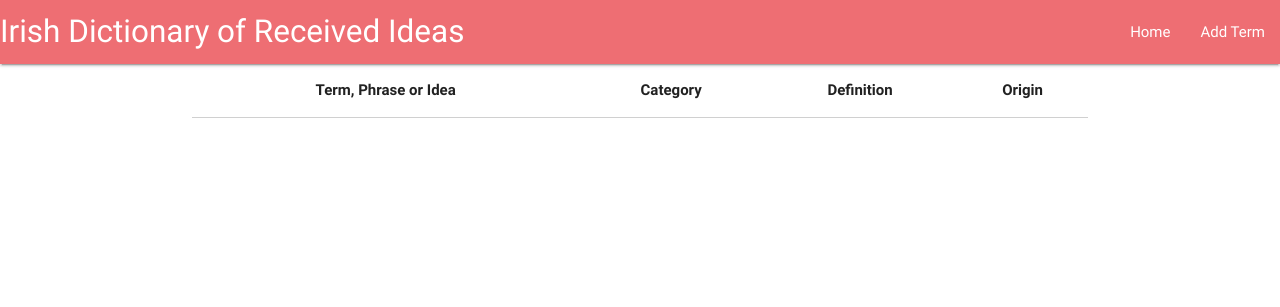
Repository: kalkiboru111/irish-dictionary-of-received-ideas
Page: http://localhost/
The author's editor kept a record of every edit. The page is drawn from the files as they stood at one moment, then again after the next edit.
The browser window is 1280 px wide. The pictures show the whole page.
Some web libraries are served in a nearby version. The page is served by the project's application, run on Flask 3 (app.py). Queries for data that is not in the repository find no rows.

Above is the page before.
Console error: TypeError: $(...).formSelect is not a function

### templates/terms.html

{% extends 'base.html' %}
{% block content %}

    <table class="highlight centered responsive-table">
        <thead>
          <tr>
              <th>Term, Phrase or Idea</th>
              <th>Category</th>
              <th>Definition</th>
              <th>Origin</th>
          </tr>
        </thead>
        <tbody>
        {% for term in terms %}
          <tr>
            <td>{{term.term_name}}</td>
            <td>{{term.term_category}}</td>
            <td>{{term.term_definition}}</td>
            <td>{{term.term_origin}}</td>
          </tr>
         {% endfor %}
        </tbody>
    </table>

{% endblock %}

### templates/base.html
<!DOCTYPE html>
<html>

<head>
    <link href="https://fonts.googleapis.com/icon?family=Material+Icons" rel="stylesheet">
    <link rel="stylesheet" href="https://cdnjs.cloudflare.com/ajax/libs/materialize/0.100.2/css/materialize.min.css">
    <link rel="stylesheet" href="{{url_for('static', filename='css/style.css')}}" type="text/css" />
</head>

<body>
    <header>
        <nav>
            <div class="nav-wrapper">
                <a href="{{url_for('get_terms')}}" class="brand-logo">Irish Dictionary of Received Ideas</a>
                <a href="#" data-activates="mobile-demo" class="button-collapse"><i class="material-icons">menu</i></a>
                <ul id="nav-mobile" class="right hide-on-med-and-down">
                    <li><a href="{{url_for('get_terms')}}">Home</a></li>
                    <li><a href="{{url_for('add_term')}}">Add Term</a></li>

                </ul>
                <ul class="side-nav" id="mobile-demo">
                    <li><a href="{{url_for('get_terms')}}">Home</a></li>
                    <li><a href="{{url_for('add_term')}}">Add Term</a></li>

                </ul>
            </div>
        </nav>
    </header>
<div class="container">
    {% block content %} {% endblock %}
</div>
    <script src="https://cdnjs.cloudflare.com/ajax/libs/jquery/3.2.1/jquery.min.js"></script>
    <script src="https://cdnjs.cloudflare.com/ajax/libs/materialize/0.100.2/js/materialize.min.js"></script>
    <script type="text/javascript">
        $(document).ready(function() {
            $('select').formSelect();
            $('.sidenav').sidenav();
            $(".button-collapse").sideNav();
        });
    </script>

</body>

</html>

### app.py
import os
from flask import Flask, render_template, redirect, request, url_for
from flask_pymongo import PyMongo
from bson.objectid import ObjectId

app = Flask(__name__)

app.config['MONGO_DBNAME'] = 'irish_dictionary'
app.config["MONGO_URI"] = os.getenv("MONGO_URI")

mongo = PyMongo(app)

@app.route('/')

# View directs user to terms page
@app.route('/get_terms')
def get_terms():
    return render_template("terms.html",
    terms=mongo.db.terms.find())

@app.route('/add_term')
def add_term():
    return render_template("add_term.html",
    categories=mongo.db.categories.find())

@app.route('/insert_term', methods=['POST'])
def insert_term():
    terms = mongo.db.terms
    terms.insert_one(request.form.to_dict())
    return redirect(url_for('get_terms'))

@app.route('/edit_term/<term_id>')
def editterm(term_id):
    the_term =  mongo.db.terms.find_one({"_id": ObjectId(term_id)})
    all_categories =  mongo.db.categories.find()
    return render_template('editterm.html', term=the_term,
                           categories=all_categories)

@app.route('/update_term/<term_id>', methods=['POST'])
def update_term(term_id):
    terms = mongo.db.terms
    terms.update( {"_id": ObjectId(term_id)},
    {   'term_name':request.form.get('term_name'),
        'category_name':request.form.get('category_name'),
        'term_definition': request.form.get('term_definition'),
        'term_origin':request.form.get('term_origin')
    })
    return redirect(url_for('get_terms'))

@app.route('/delete_term/<term_id>')
def delete_term(term_id):
    mongo.db.terms.remove({"_id": ObjectId(term_id)})
    return redirect(url_for('get_terms'))

if __name__ == '__main__':
    app.run(host=os.environ.get('IP'),
            port=int(os.environ.get('PORT')),
            debug=True)

### static/css/style.css
/* body {
    background-color: red;
} */

After the next edit:
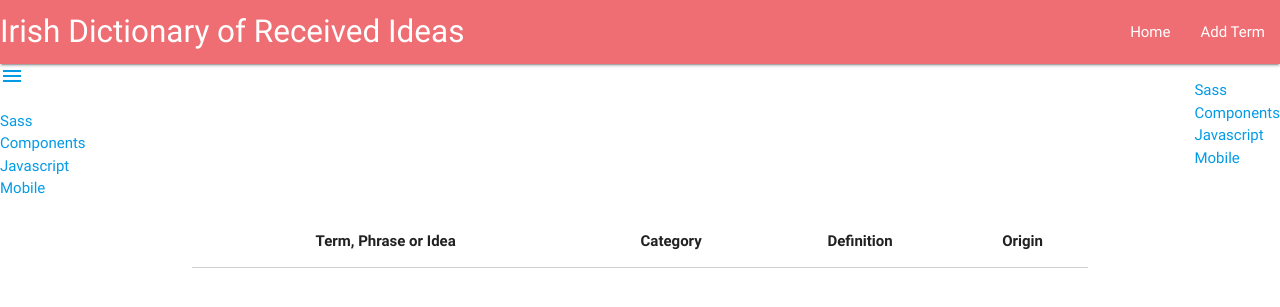
The edit:
--- a/templates/base.html
+++ b/templates/base.html
@@ -25,6 +25,24 @@
                 </ul>
             </div>
         </nav>
+
+
+      <a href="#" data-target="mobile-demo" class="sidenav-trigger"><i class="material-icons">menu</i></a>
+      <ul class="right hide-on-med-and-down">
+        <li><a href="sass.html">Sass</a></li>
+        <li><a href="badges.html">Components</a></li>
+        <li><a href="collapsible.html">Javascript</a></li>
+        <li><a href="mobile.html">Mobile</a></li>
+      </ul>
+    </div>
+  </nav>
+
+  <ul class="sidenav" id="mobile-demo">
+    <li><a href="sass.html">Sass</a></li>
+    <li><a href="badges.html">Components</a></li>
+    <li><a href="collapsible.html">Javascript</a></li>
+    <li><a href="mobile.html">Mobile</a></li>
+  </ul>
     </header>
 <div class="container">
     {% block content %} {% endblock %}
